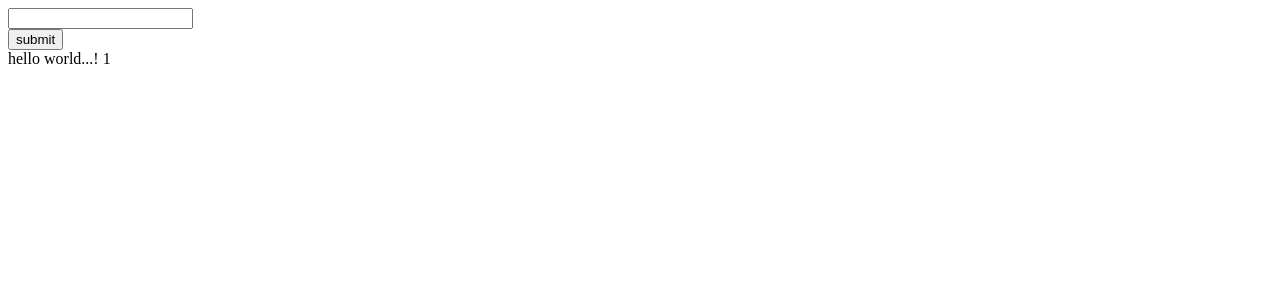
Repository: amankeshwani21/Assignments_java
Page: http://localhost/Day13/
The author's editor kept a copy of each file at every save. The page is drawn from the files as they stood at one save, then again after the next save.
The browser window is 1280 px wide. The pictures show the whole page.
The page is served by Tomcat 9.

Above is the page before, as saved 2021-01-28 06:43:10.

After the next save:
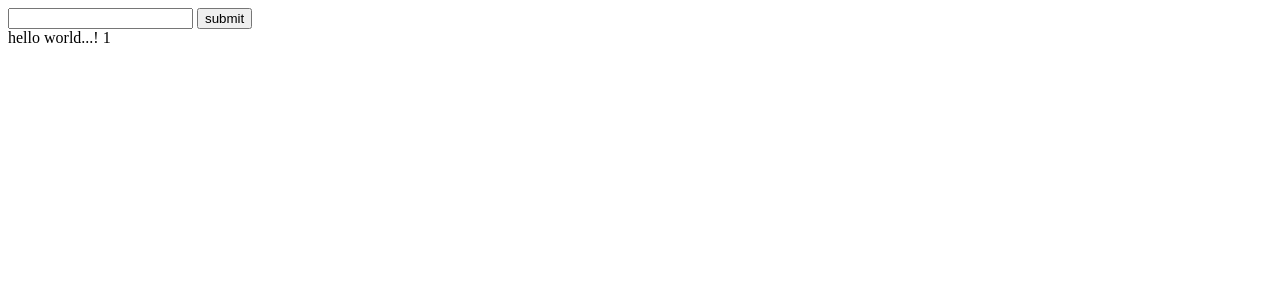
Saved 61 s later.
--- a/Day13/WebContent/index.jsp
+++ b/Day13/WebContent/index.jsp
@@ -9,7 +9,7 @@
 </head>
 <body>
 <form>
-<input type="number" name="data"><br>
+<input type="number" name="data">
 <input type="submit" value="submit"><br>
 </form>
 
